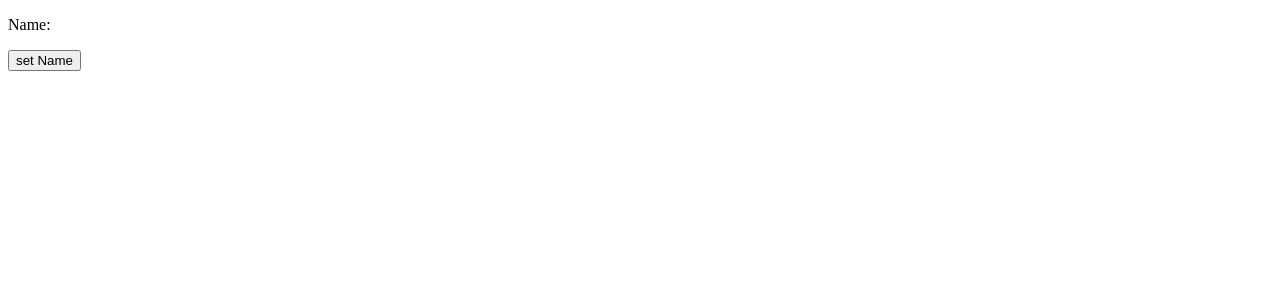
Repository: wakoya-tech/my-react-practice
Page: /
The author's editor kept a copy of each file at every save. The page is drawn from the files as they stood at one save, then again after the next save.
The browser window is 1280 px wide. The pictures show the whole page.
The project was rebuilt for these pictures with package versions that can differ from the ones it lists, and the page was loaded fresh each time. Also part of the build but not shown: vite.config.js, src/index.css.

Above is the page before, as saved 2025-10-02 11:04:26.

After the next save:
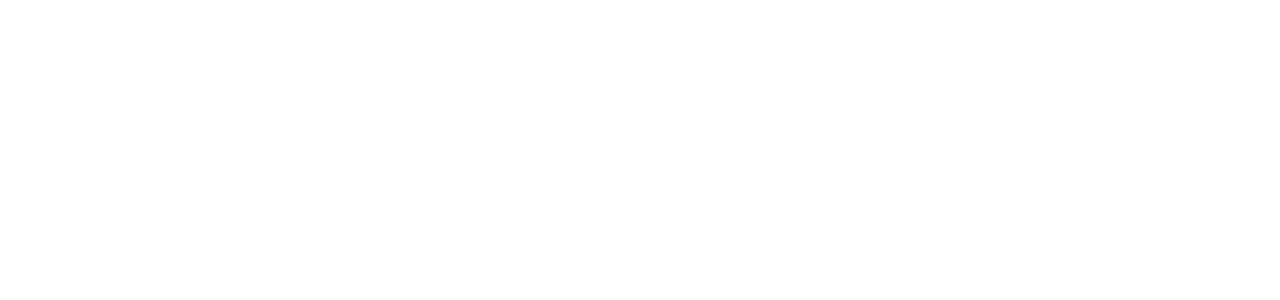
Console error: ReferenceError: Ebisa is not defined
Saved 15 s later.
--- a/src/Counter.jsx
+++ b/src/Counter.jsx
@@ -1,6 +1,6 @@
 import React,{useState}  from "react"
 function Counter(){
-    const [name,setName]=useState();
+    const [name,setName]=useState(Ebisa);
     const updateName=()=>{
         setName("wako");
     }

After the save that followed:
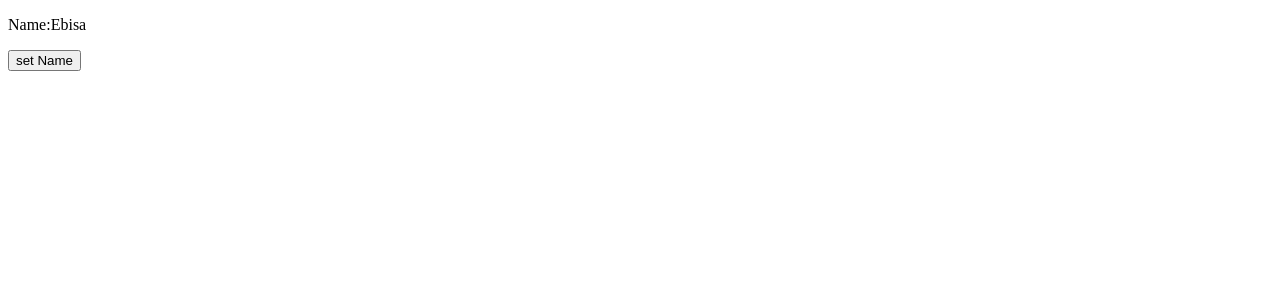
The error is gone.
Saved 23 s later.
--- a/src/Counter.jsx
+++ b/src/Counter.jsx
@@ -1,6 +1,6 @@
 import React,{useState}  from "react"
 function Counter(){
-    const [name,setName]=useState(Ebisa);
+    const [name,setName]=useState("Ebisa");
     const updateName=()=>{
         setName("wako");
     }
